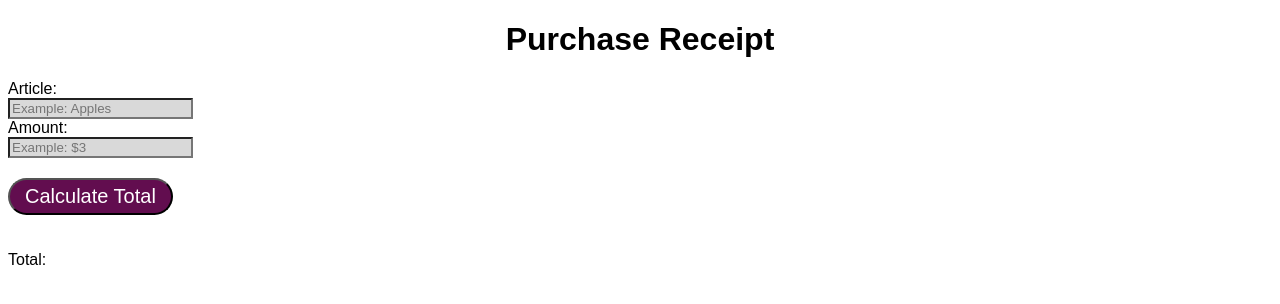
Repository: cokoduwa/js-study-group
Page: exercises/01/index.html
These files come from the project's save history. The page is drawn as it stood at one moment and after the next save; the edit follows.
The browser window is 1280 px wide. The pictures show the whole page.

Above is the page before, as saved 2023-02-14 21:36:54.

### exercises/01/index.html
<!DOCTYPE html>
<html lang="en">
<head>
    <meta charset="UTF-8">
    <meta http-equiv="X-UA-Compatible" content="IE=edge">
    <meta name="viewport" content="width=device-width, initial-scale=1.0">
    <link rel="stylesheet" href="index.css">

    <title>Coding Warmer - E1 </title>
</head>
<body>


        <h1>Purchase Receipt</h1>


        <section>
            <div>
             <div>
                 <ion-label>Article:</ion-label>
             </div>
               <div>
                  <input placeholder="Example: Apples" id="description"/>
               </div>
            </div>

            <div>
                <div>
                    <ion-label>Amount:</ion-label>
                </div>
                <div>
                    <input placeholder="Example: $3" id="amount"></input>
                </div>
            </div>

            <div>
                <div>
                    <button>Calculate Total</button>
                </div>
            </div>

            <div>
                <div>
                    <ul id="ticket">
                        <!--List of ticket articles here-->
                    </ul>
                </div>
            </div>
            <p id="total">
                Total: <!--Total here-->
            </p>
        </section>

</body>
<script src="index.js"></script>
</html>

### exercises/01/index.css
body {
    font-family: Arial, Helvetica, sans-serif;
}

section {
    margin: 0 auto;
}

h1 {
    text-align: center;
}

input {
    background-color: #D9D9D9;
}

button {
    background-color: #620D4F;
    margin: 20px 0;
    color: white;
    border-radius: 20px;
    font-size: 20px;
    padding: 5px 15px
}

Loaded but not shown: exercises/01/index.js (no stored copy; drawn as an empty file)

After the next save:
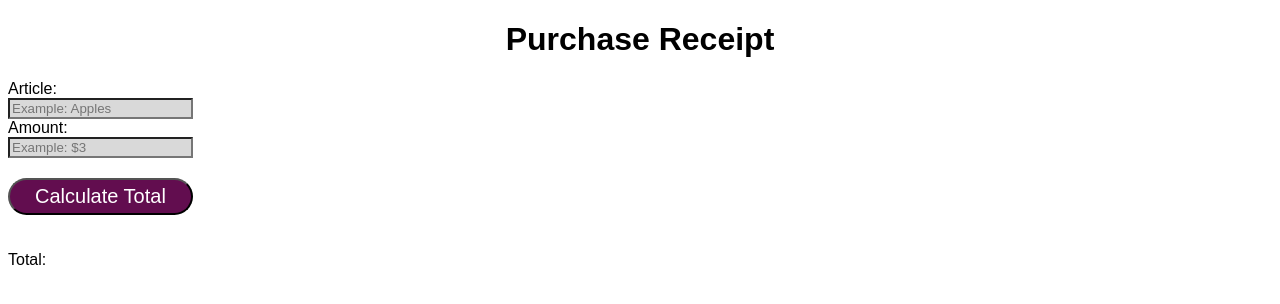
Saved 11 s later.
--- a/exercises/01/index.css
+++ b/exercises/01/index.css
@@ -20,5 +20,5 @@ button {
     color: white;
     border-radius: 20px;
     font-size: 20px;
-    padding: 5px 15px
+    padding: 5px 25px
 }
